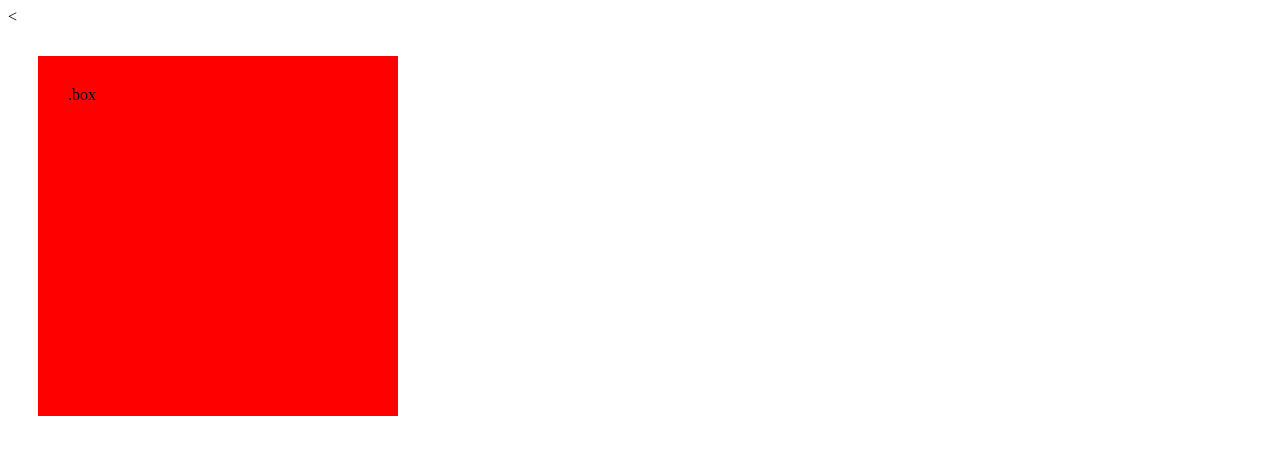
Repository: YabuYoshi/Bookers1
Page: box/box.html
The author's editor kept a record of every edit. The page is drawn from the files as they stood at one moment, then again after the next edit.
The browser window is 1280 px wide. The pictures show the whole page.

Above is the page before.

After the next edit:
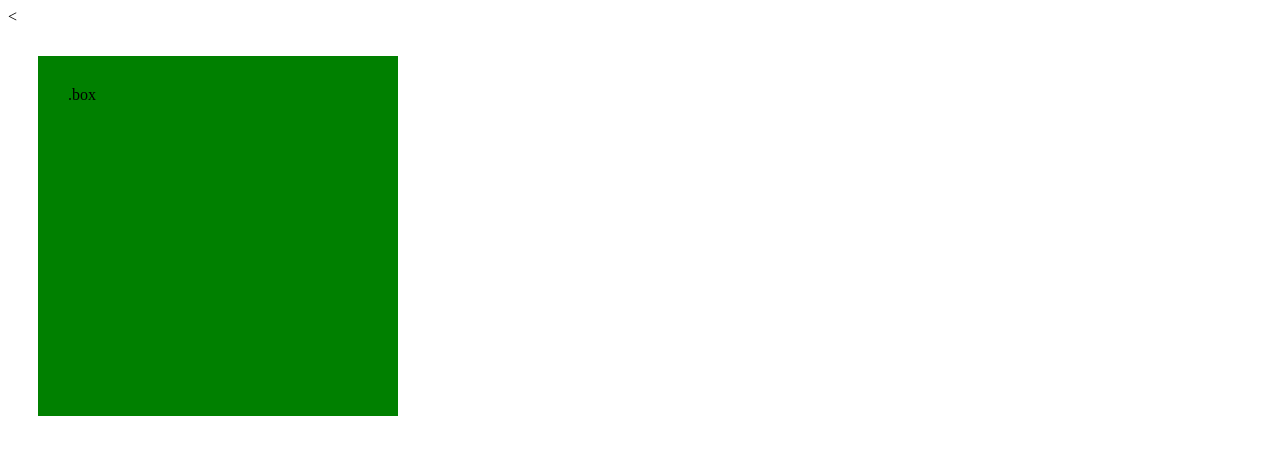
The edit:
--- a/box/box.css
+++ b/box/box.css
@@ -1,7 +1,7 @@
 .box1 {
   width: 300px;
   height: 300px;
-  background-color: red;
+  background-color: green;
   margin: 30px;
   padding: 30px;
 }
